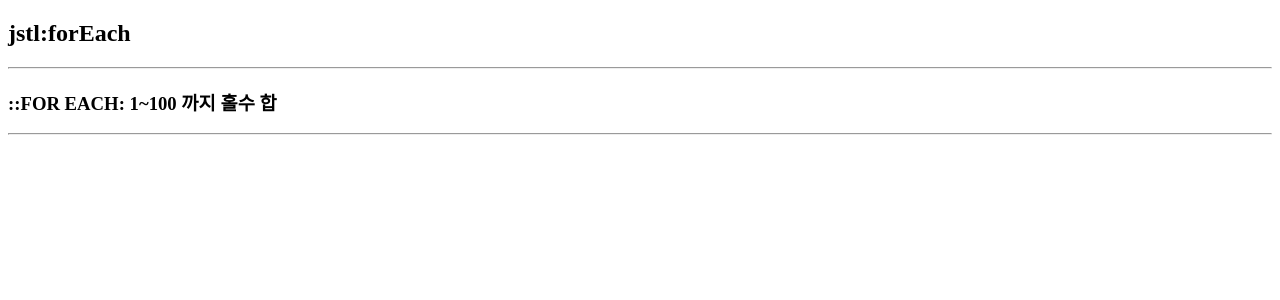
Repository: dongseon-git/WEB_JSP
Page: http://localhost/studyhtml5/jsp/j06/j03_forEach.jsp
The author's editor kept a copy of each file at every save. The page is drawn from the files as they stood at one save, then again after the next save.
The browser window is 1280 px wide. The pictures show the whole page.
The page is served by Tomcat 9. Nobody is signed in. The application's start-up code is not run.

Above is the page before, as saved 2022-05-23 01:20:42.

After the next save:
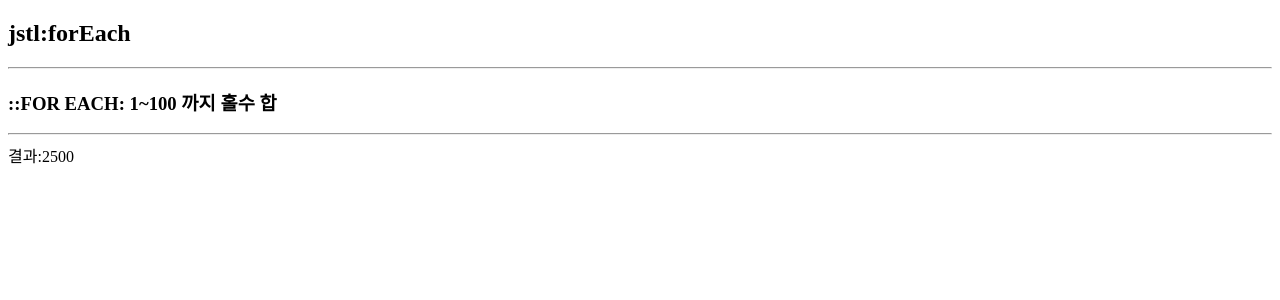
Saved 38 s later.
--- a/workspace/studyhtml5/WebContent/jsp/j06/j03_forEach.jsp
+++ b/workspace/studyhtml5/WebContent/jsp/j06/j03_forEach.jsp
@@ -18,5 +18,6 @@
 <c:forEach var="i" begin="1" end="100" step="2">
 <c:set var="sum" value="${sum + i}"/>
 </c:forEach>
+결과:${sum }<br/>
 </body>
 </html>
